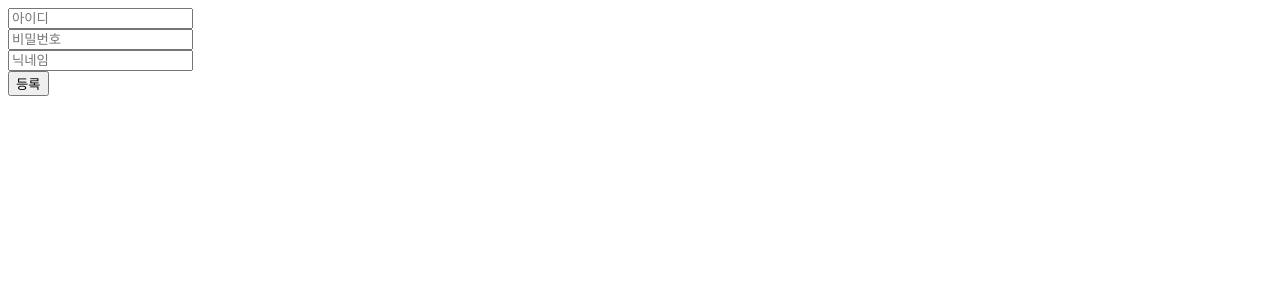
Repository: geneyee/java-jsp-DB
Page: http://localhost/managerJsp/member/registForm.jsp
These files come from the project's save history. The page is drawn as it stood at one moment and after the next save; the edit follows.
The browser window is 1280 px wide. The pictures show the whole page.
The page is served by Tomcat 9.

Above is the page before, as saved 2023-11-08 03:14:40.

After the next save:
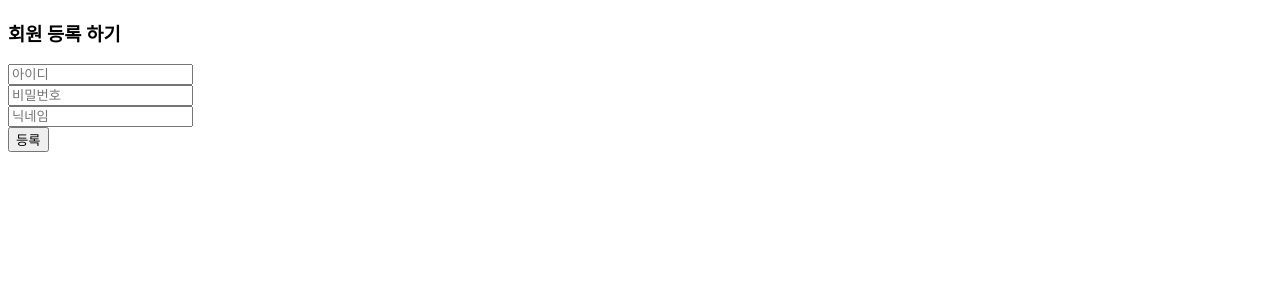
Saved 2 min 7 s later.
--- a/managerJsp/WebContent/member/registForm.jsp
+++ b/managerJsp/WebContent/member/registForm.jsp
@@ -7,9 +7,10 @@
 <title>회원등록 폼</title>
 </head>
 <body>
+<h3>회원 등록 하기</h3>
 <form action="<%= request.getContextPath() %>/member/regist.jsp" method="post">
-	<input type="text" name="userId" placeholder="아이디"><br>
-	<input type="password" name="userPw" placeholder="비밀번호"><Br>
+	<input type="text" name="memberId" placeholder="아이디"><br>
+	<input type="password" name="memberPw" placeholder="비밀번호"><Br>
 	<input type="text" name="nickName" placeholder="닉네임"><br>
 	<input type="submit" value="등록"><Br>
 </form>
